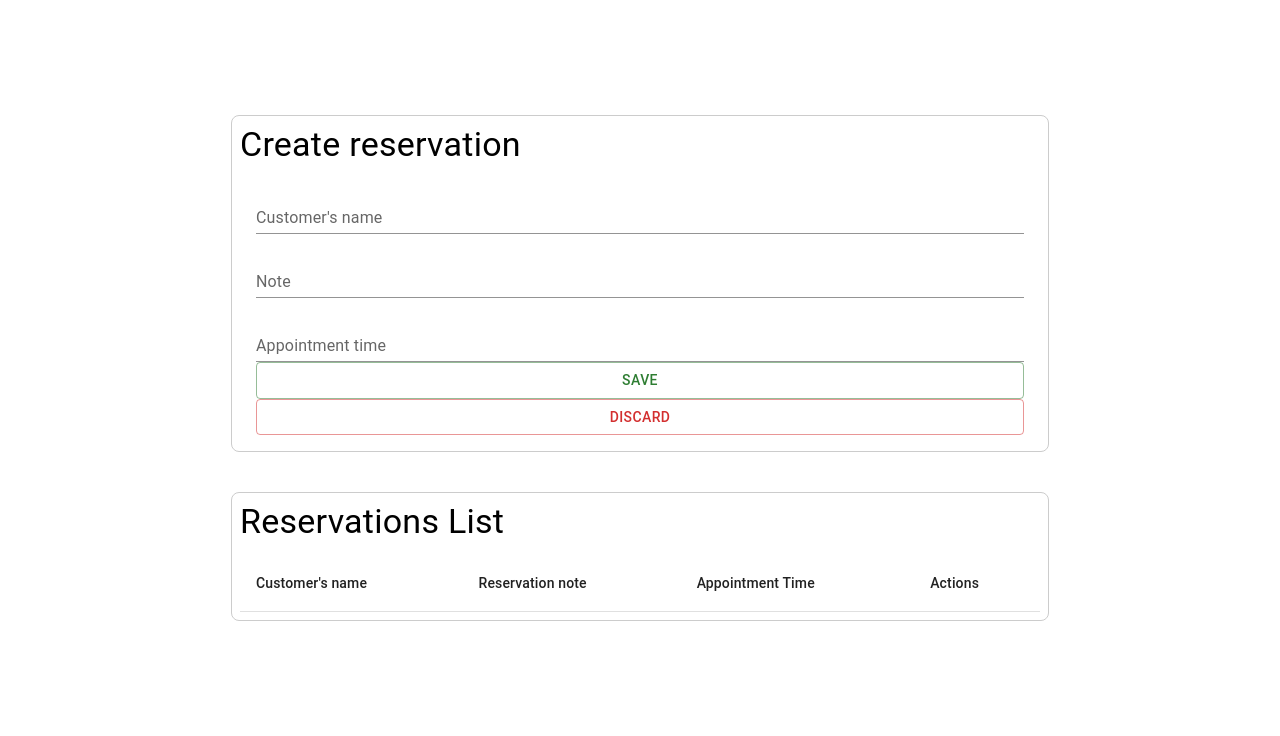
Repository: dovix58/PSP
Page: /beauty (app in frontEnd/)
These files come from the project's save history. The page is drawn as it stood at one moment and after a run of saves; the edit follows.
The browser window is 1280 px wide. The pictures show the whole page.
The page's requests for data from a server got no answer. The project was rebuilt for these pictures with package versions that can differ from the ones it lists, and the page was loaded fresh each time. No one was signed in, and anything a server would have sent is missing. Also part of the build but not shown: frontEnd/vite.config.ts, frontEnd/src/LandingPage.tsx, frontEnd/src/api/productAPI.ts, frontEnd/src/CreateOrder.tsx, frontEnd/src/api/OrderApi.ts, frontEnd/src/PaymentModal.tsx, frontEnd/src/OrderList.tsx, frontEnd/src/Styles.ts and 3 more.

Above is the page before, as saved 2024-12-19 13:49:37.

After the next 4 saves:
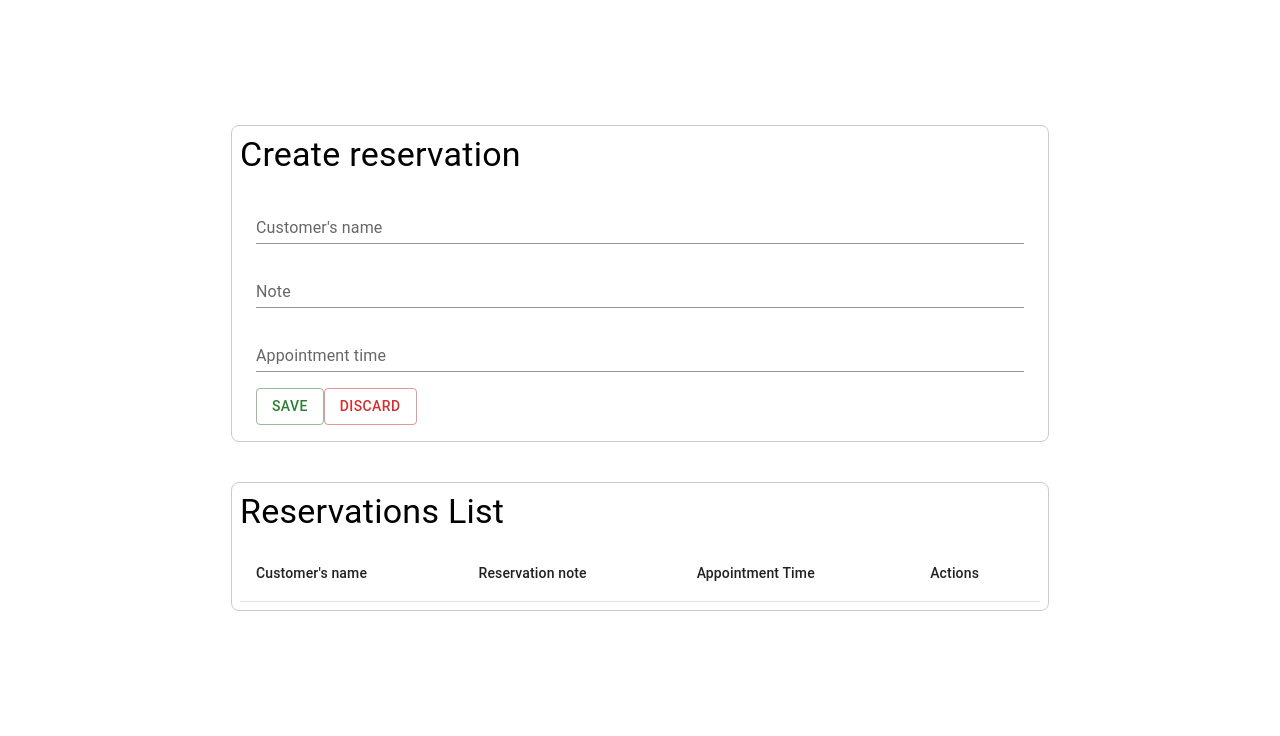
The 4 saves are shown as one change because they came seconds apart.
The last was saved 24 s later.
--- a/frontEnd/src/CreateReservation.tsx
+++ b/frontEnd/src/CreateReservation.tsx
@@ -23,14 +23,14 @@ export default function CreateReservation() {
             <TextField id="name" label="Customer's name" variant="standard" />
             <TextField id="note" label="Note" variant="standard" />
             <TextField id="time" label="Appointment time" variant="standard" />
-          </Stack>
-          <Stack dierction="row">
-            <Button variant="outlined" color="success">
-              Save
-            </Button>
-            <Button variant="outlined" color="error">
-              Discard
-            </Button>
+            <Stack direction="row" sapcing={3}>
+              <Button variant="outlined" color="success">
+                Save
+              </Button>
+              <Button variant="outlined" color="error">
+                Discard
+              </Button>
+            </Stack>
           </Stack>
         </form>
       </Box>
